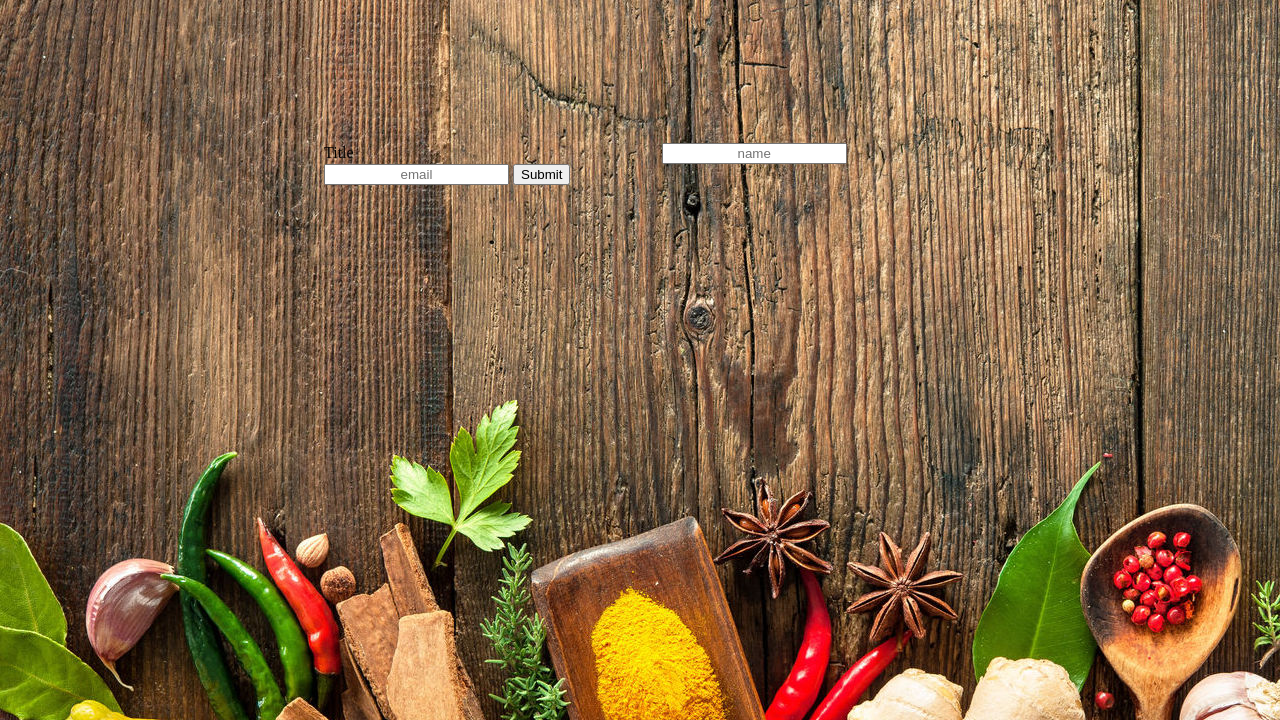
Repository: 43320888/upwork
Page: index.html
An editor plug-in stored every save of this project. The page is shown before and after the next save, followed by the edit.
The browser window is 1280 px wide. The pictures show the whole page.

Above is the page before, as saved 2019-01-16 12:48:48.

After the next save:
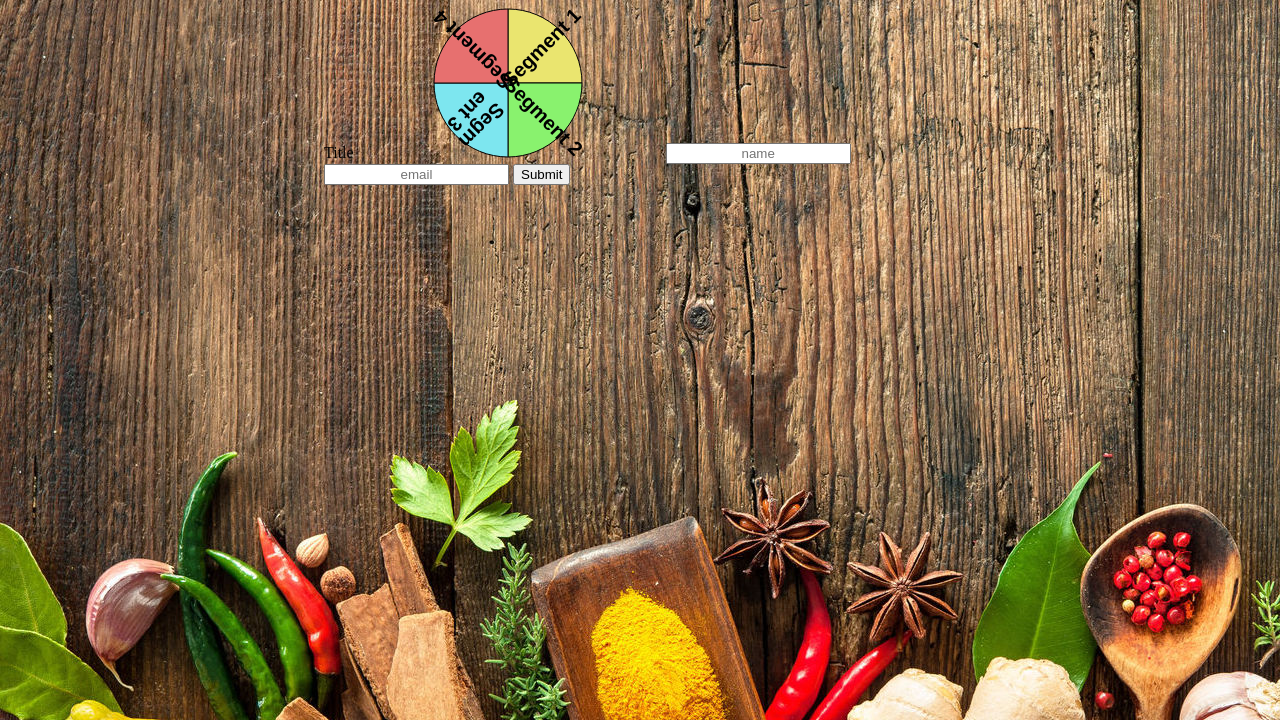
Saved 6 s later.
--- a/index.html
+++ b/index.html
@@ -6,13 +6,13 @@
 	<meta http-equiv="X-UA-Compatible" content="ie=edge">
 	<link rel="stylesheet" href="style.css">
 	<script src="Winwheel.min.js"></script>
-	<script src="script.js"></script>
 	<title>Spin wheel</title>
 </head>
 <body class="spin-table">
 	<div>
 		<span>Title</span>
-		<canvas></canvas>
+		<canvas id="canvas3"></canvas>
+		<script src="script.js"></script>
 		<input type="text" placeholder="name">
 		<input type="text" placeholder="email">
 		<input type="submit" placeholder="submit">
